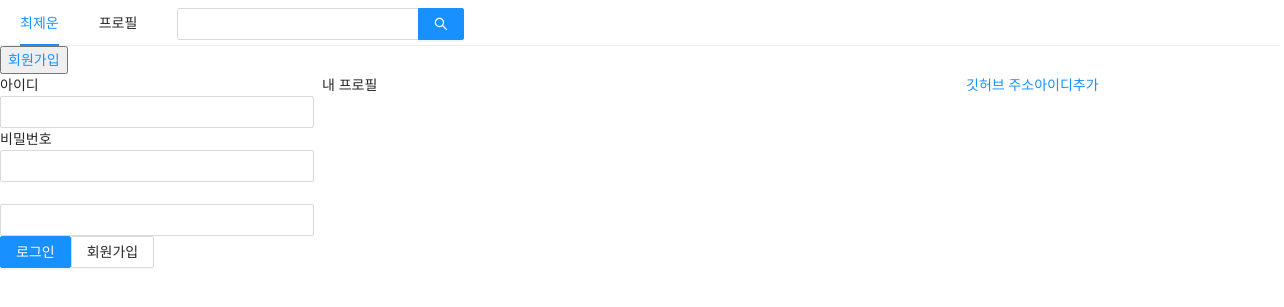
Repository: chlwpdnswku/zerochonext
Page: /signup (app in front/)
An editor plug-in stored every save of this project. The page is shown before and after the next save, followed by the edit.
The browser window is 1280 px wide. The page is 1284 px wide, so the pictures cover 1284 px, including what lies to the right of the window. The pictures show the whole page.
The project was rebuilt for these pictures with package versions that can differ from the ones it lists, and the page was loaded fresh each time. The framework's server and built-in components were replaced by stand-ins that run in the browser. Also part of the build but not shown: front/components/UserProfile.js.

Above is the page before, as saved 2022-08-28 08:39:56.

After the next save:
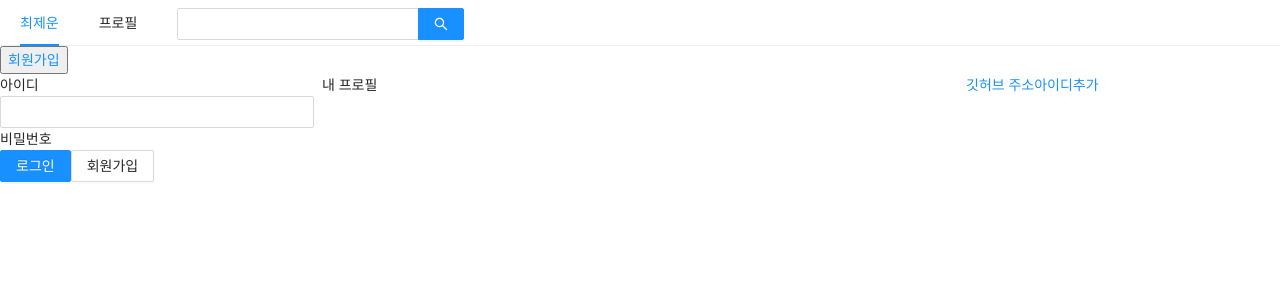
Saved 30 s later.
--- a/front/components/LoginForm.js
+++ b/front/components/LoginForm.js
@@ -30,14 +30,8 @@ function LoginForm() {
         >
           비밀번호
         </label>
-        <br />
-        <Input name='user-id' />
       </div>
-      <div>
-        <label htmlFor='user-id'></label>
-        <br />
-        <Input name='user-id' />
-      </div>
+
       <div>
         <Button type='primary' htmlType='submit' loading={false}>
           로그인
